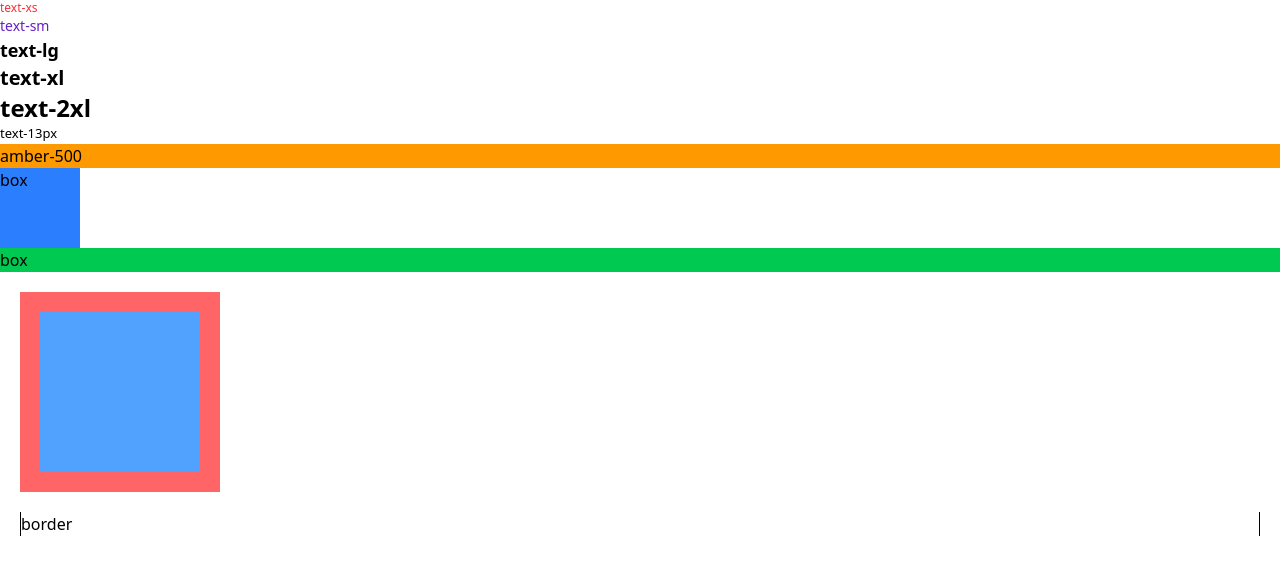
Repository: kkhhjjoo/onebite-tailwind
Page: /
The author's editor kept a copy of each file at every save. The page is drawn from the files as they stood at one save, then again after the next save.
The browser window is 1280 px wide. The pictures show the whole page.
The project was rebuilt for these pictures with package versions that can differ from the ones it lists, and the page was loaded fresh each time. Also part of the build but not shown: vite.config.ts, src/App.css.

Above is the page before, as saved 2025-12-24 19:54:16.

After the next save:
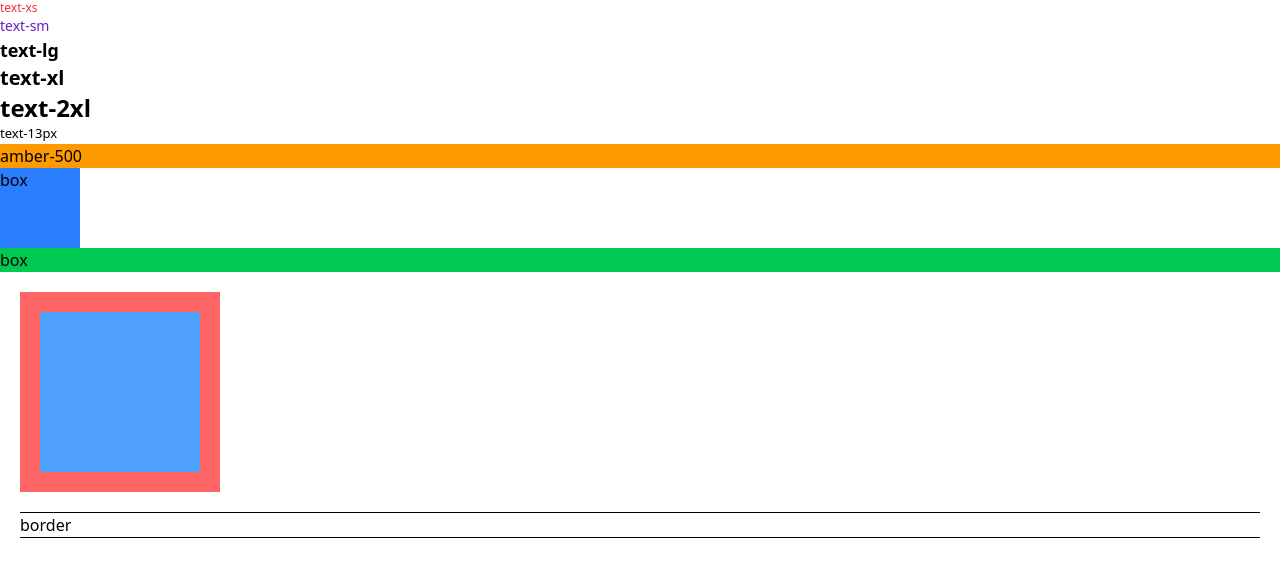
Saved 29 s later.
--- a/src/App.tsx
+++ b/src/App.tsx
@@ -25,7 +25,7 @@ function App() {
       </div>
 
       {/* 5. 보더 */}
-      <div className="m-5 border-x">border</div>
+      <div className="m-5 border-y">border</div>
     </div>
   );
 }
